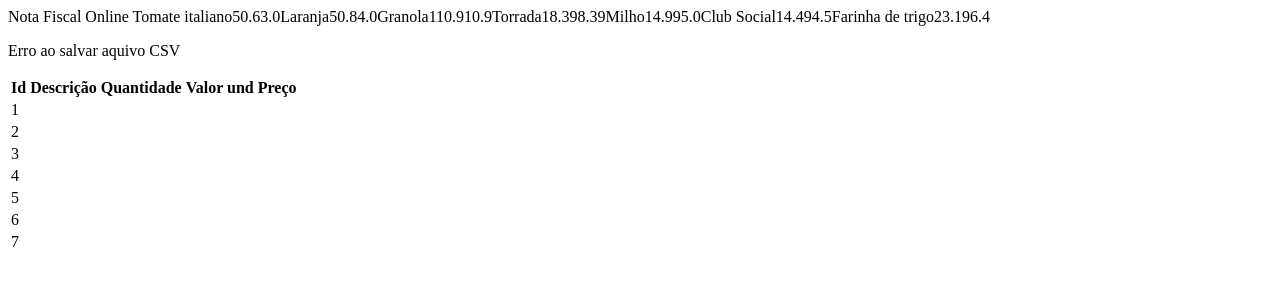
Repository: jaquelinediasoliveira/SENAI
Page: http://localhost/CupomFiscal/Notinha.jsp
An editor plug-in stored every save of this project. The page is shown before and after the next save, followed by the edit.
The browser window is 1280 px wide. The pictures show the whole page.
The page is served by Tomcat 9.

Above is the page before, as saved 2021-08-16 20:08:59.

### 2DES/PWBE/aula5/Workspace/CupomFiscal/src/main/webapp/Notinha.jsp
<%@page import="vo.NotaFiscal"%>
<%@page import="ctr.NotaFiscalProcess"%>
<%@ page language="java" contentType="text/html; charset=UTF-8"
    pageEncoding="UTF-8"%>
<!DOCTYPE html>
<html>
<head>
<meta charset="UTF-8">
<title>Nota Fiscal Virtual</title>
</head>
<body>
	<caption>Nota Fiscal Online</caption>
	<table>
		<tr>
			<th>Id</th>
			<th>Descrição</th>
			<th>Quantidade</th>
			<th>Valor und</th>
			<th>Preço</th>
		</tr>
		<%
			NotaFiscalProcess.testes();
			for(NotaFiscal nf: NotaFiscalProcess.compras){
				out.print(nf.toHTML());
			}

			out.print(NotaFiscalProcess.salvar());
		%>
	</table>
</body>
</html>

### 2DES/PWBE/aula5/Workspace/CupomFiscal/src/main/java/ctr/NotaFiscalProcess.java
package ctr;

import java.util.ArrayList;
import vo.NotaFiscal;
import dao.NotaFiscalDAO;

public class NotaFiscalProcess {

	public static ArrayList<NotaFiscal> compras;
	public static NotaFiscalDAO bd = new NotaFiscalDAO();

	public static void testes() {
		compras = new ArrayList<>();
		compras.add(new NotaFiscal(1,"Tomate italiano", 5, 0.60, 3.00));
		compras.add(new NotaFiscal(2, "Laranja", 5, 0.80, 4.00));
		compras.add(new NotaFiscal(3, "Granola", 1, 10.90, 10.90));
		compras.add(new NotaFiscal(4, "Torrada", 1, 8.39, 8.39));
		compras.add(new NotaFiscal(5, "Milho", 1, 4.99, 5.00));
		compras.add(new NotaFiscal(6, "Club Social", 1, 4.49, 4.50));
		compras.add(new NotaFiscal(7, "Farinha de trigo", 2, 3.19, 6.40));
	}

	public static void abrir() {
		compras = bd.abrir();
	}

	public static String salvar() {
		if(bd.salvar(compras)) {
			return "<p>Dados salvos com sucesso</p>";
		}else {
			return "<p>Erro ao salvar aquivo CSV</p>";
		}
	}
}

### 2DES/PWBE/aula5/Workspace/CupomFiscal/src/main/java/dao/NotaFiscalDAO.java
package dao;

import java.io.BufferedReader;
import java.io.BufferedWriter;
import java.io.FileNotFoundException;
import java.io.FileReader;
import java.io.FileWriter;
import java.io.IOException;
import java.util.ArrayList;

import vo.NotaFiscal;

public class NotaFiscalDAO {

	private BufferedReader br;
	private BufferedWriter bw;
	private String arquivo = "C:\\dbs\\compras.csv";
	private ArrayList<NotaFiscal> compras;
	private NotaFiscal compra;

	public boolean salvar(ArrayList<NotaFiscal> compras) {
		try {
			bw = new BufferedWriter(new FileWriter(arquivo, false));
			for (NotaFiscal nf : compras) {
				bw.write(nf.toCSV());
			}
			bw.close();
			return true;
		} catch (IOException e) {
			System.out.println("Erro ao gravar arquivo " + e);
			return false;
		}
	}

	public ArrayList<NotaFiscal> abrir() {
		compras = new ArrayList<>();
		try {
			br = new BufferedReader(new FileReader(arquivo));
			String linha = null;
			while ((linha = br.readLine()) != null) {
				compra = new NotaFiscal(linha.split(";"));
				compras.add(compra);
			}
			br.close();
		} catch (FileNotFoundException e) {
			System.out.println("Arquivo não encontrado " + e);
		} catch (IOException e) {
			System.out.println("Erro ao ler arquivo " + e);
		}
		return compras;
	}

}

### 2DES/PWBE/aula5/Workspace/CupomFiscal/src/main/java/vo/NotaFiscal.java
package vo;

public class NotaFiscal {
	private int Id;
	private String Descricao;
	private int Qtd;
	private Double ValorUnidade;
	private Double Preco;

	public NotaFiscal() {
	}

	public NotaFiscal(int id, String descricao, int qtd, Double valorUnidade, Double preco) {
		Id = id;
		Descricao = descricao;
		Qtd = qtd;
		ValorUnidade = valorUnidade;
		Preco = preco;
	}

	public NotaFiscal(String[] vetor) {
		try {
			this.Id = Integer.valueOf(vetor[0]);
			this.Descricao = vetor[1];
			this.Qtd = Integer.valueOf(vetor[2]);
			this.ValorUnidade = Double.valueOf(vetor[3]);
			this.Preco = Double.valueOf(vetor[4]);
		} catch (Exception e) {
			e.printStackTrace();
		}
	}

	public int getId() {
		return Id;
	}

	public void setId(int id) {
		Id = id;
	}

	public String getDescricao() {
		return Descricao;
	}

	public void setDescricao(String descricao) {
		Descricao = descricao;
	}

	public int getQtd() {
		return Qtd;
	}

	public void setQtd(int qtd) {
		Qtd = qtd;
	}

	public Double getValorUnidade() {
		return ValorUnidade;
	}

	public void setValorUnidade(Double valorUnidade) {
		ValorUnidade = valorUnidade;
	}

	public Double getPreco() {
		return Preco;
	}

	public void setPreco(Double preco) {
		Preco = preco;
	}

	@Override
	public String toString() {
		return Id + "\t" + Descricao + "\t" + Qtd + "\t" + ValorUnidade + "\t" + Preco + "\n";
	}

	public String toCSV() {
		return Id + ";" + Descricao + ";" + Qtd + ";" + ValorUnidade + ";" + Preco + "\r\n";
	}

	public String toHTML() {
		return "<tr><td>" + Id + "<td></td>" + Descricao + "<td></td>" + Qtd + "<td></td>" + ValorUnidade + "<td></td>" + Preco + "</td></tr>";
	}

	@Override
	public int hashCode() {
		final int prime = 31;
		int result = 1;
		result = prime * result + Id;
		return result;
	}

	@Override
	public boolean equals(Object obj) {
		if (this == obj)
			return true;
		if (obj == null)
			return false;
		if (getClass() != obj.getClass())
			return false;
		NotaFiscal other = (NotaFiscal) obj;
		if (Id != other.Id)
			return false;
		return true;
	}
}

After the next save:
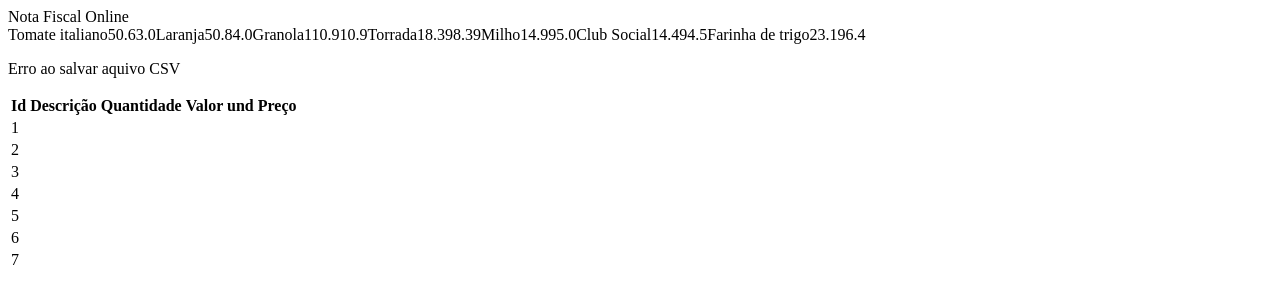
Saved 94 s later.
--- a/2DES/PWBE/aula5/Workspace/CupomFiscal/src/main/webapp/Notinha.jsp
+++ b/2DES/PWBE/aula5/Workspace/CupomFiscal/src/main/webapp/Notinha.jsp
@@ -9,7 +9,7 @@
 <title>Nota Fiscal Virtual</title>
 </head>
 <body>
-	<caption>Nota Fiscal Online</caption>
+	<caption>Nota Fiscal Online</caption><br>
 	<table>
 		<tr>
 			<th>Id</th>

After the 2 saves that followed:
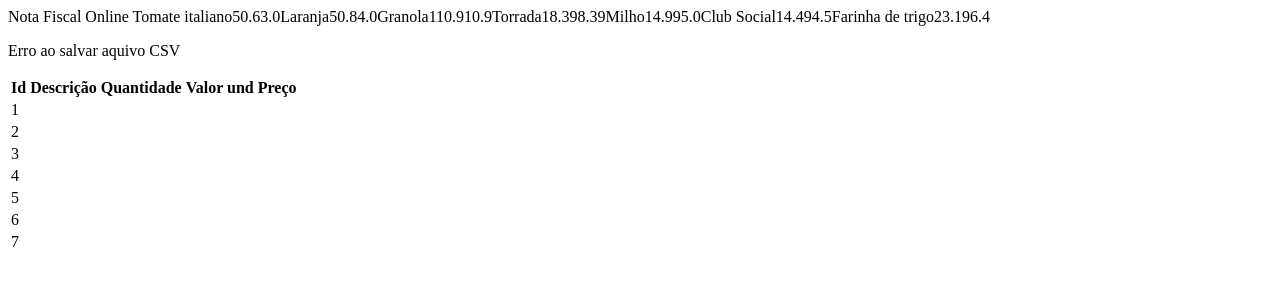
The 2 saves are shown as one change because 1 left the picture as it was.
The last was saved 49 s later.
--- a/2DES/PWBE/aula5/Workspace/CupomFiscal/src/main/webapp/Notinha.jsp
+++ b/2DES/PWBE/aula5/Workspace/CupomFiscal/src/main/webapp/Notinha.jsp
@@ -9,7 +9,7 @@
 <title>Nota Fiscal Virtual</title>
 </head>
 <body>
-	<caption>Nota Fiscal Online</caption><br>
+	<caption> Nota Fiscal Online</caption>
 	<table>
 		<tr>
 			<th>Id</th>
